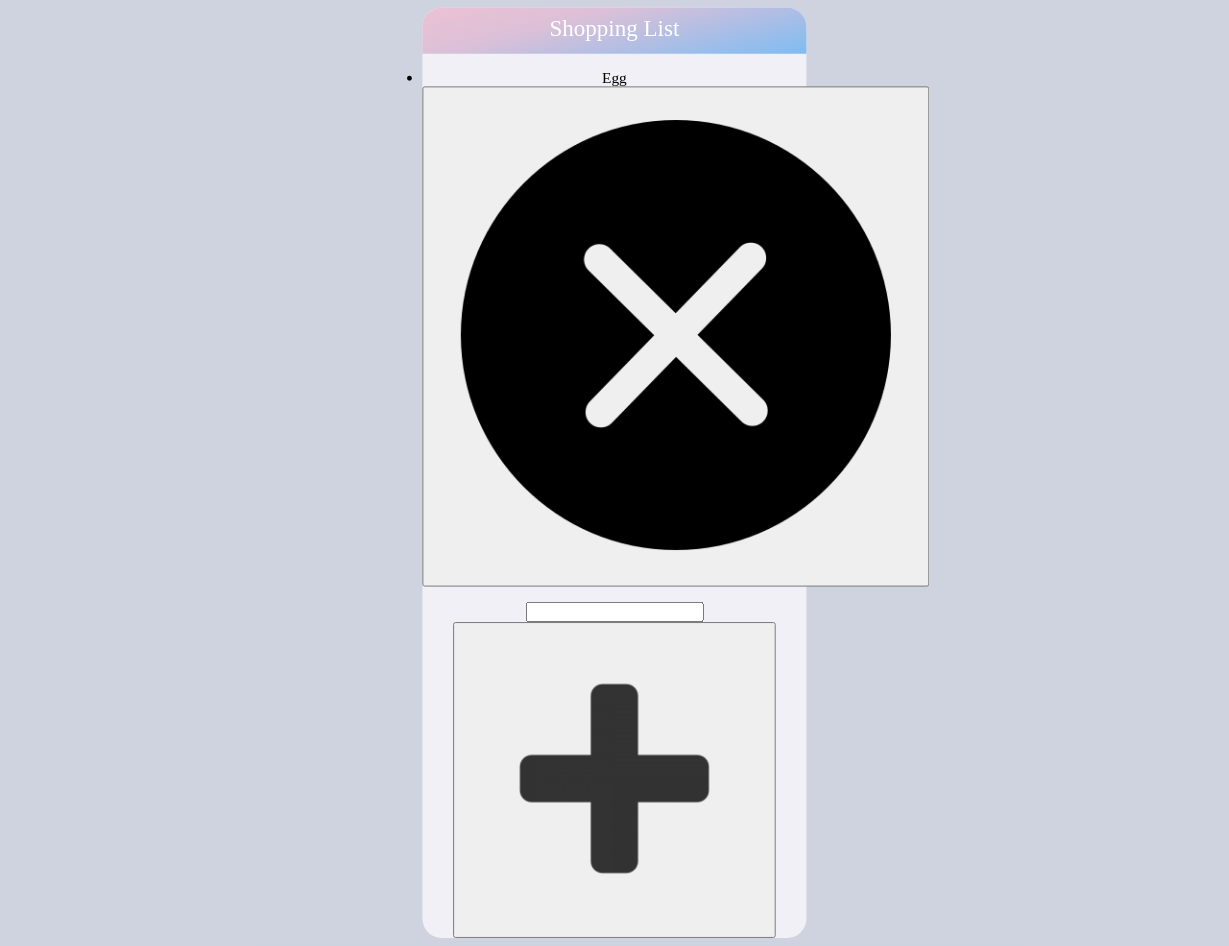
Repository: yoon-dh/JS_Prac
Page: shopping_list/shopping_list.html
These files come from the project's save history. The page is drawn as it stood at one moment and after the next save; the edit follows.
The browser window is 1280 px wide. The pictures show the whole page, at 96% of full size.

Above is the page before, as saved 2023-06-21 22:12:37.

After the next save:
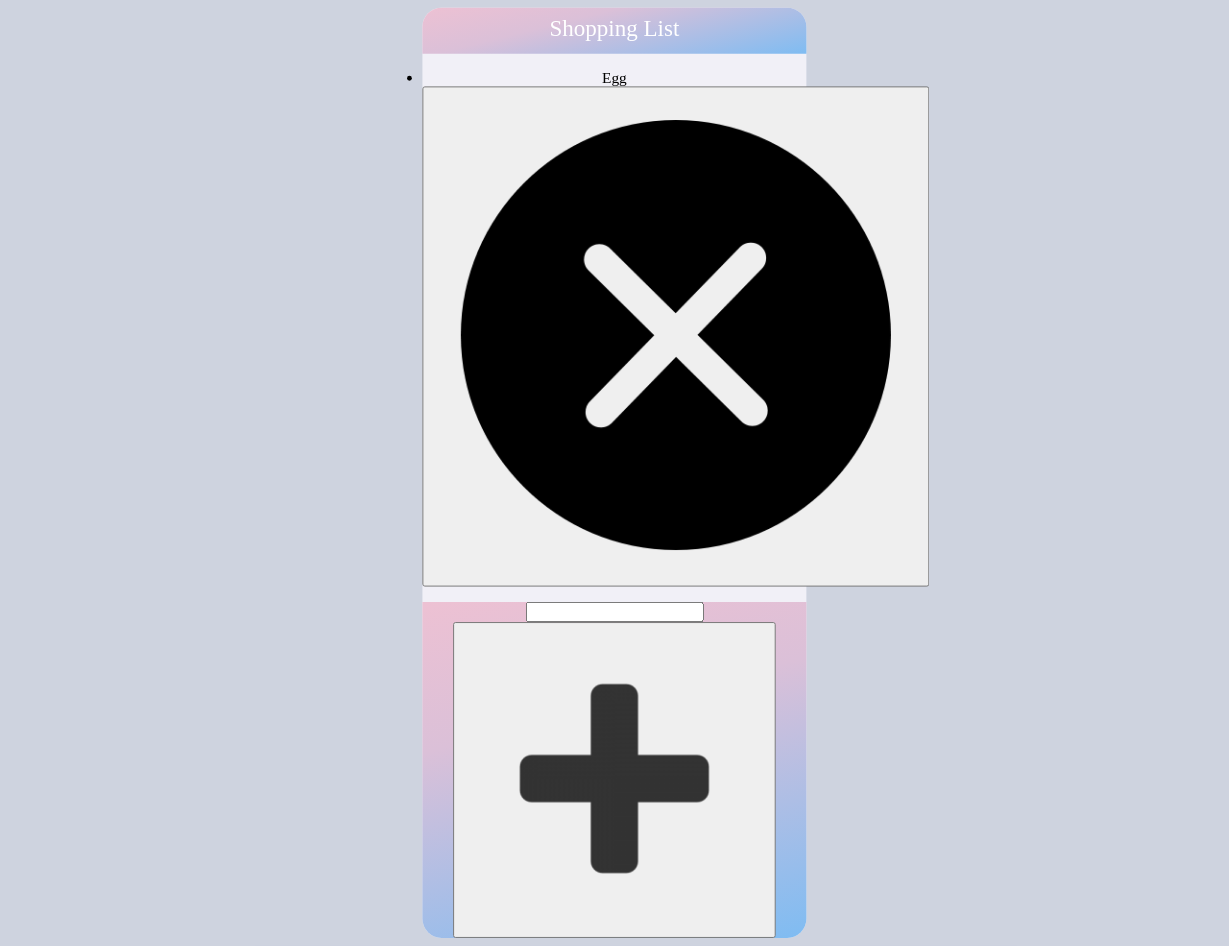
Saved 28 s later.
--- a/shopping_list/style.css
+++ b/shopping_list/style.css
@@ -32,3 +32,15 @@ body {
   border-radius: 20px 20px 0px 0px;
   color: white;
 }
+
+.footer {
+  background: rgba(237, 193, 211);
+  background: linear-gradient(
+    166deg,
+    rgba(237, 193, 211, 1) 0%,
+    rgba(219, 192, 216, 1) 35%,
+    rgba(127, 188, 242, 1) 100%
+  );
+
+  border-radius: 0px 0px 20px 20px;
+}
